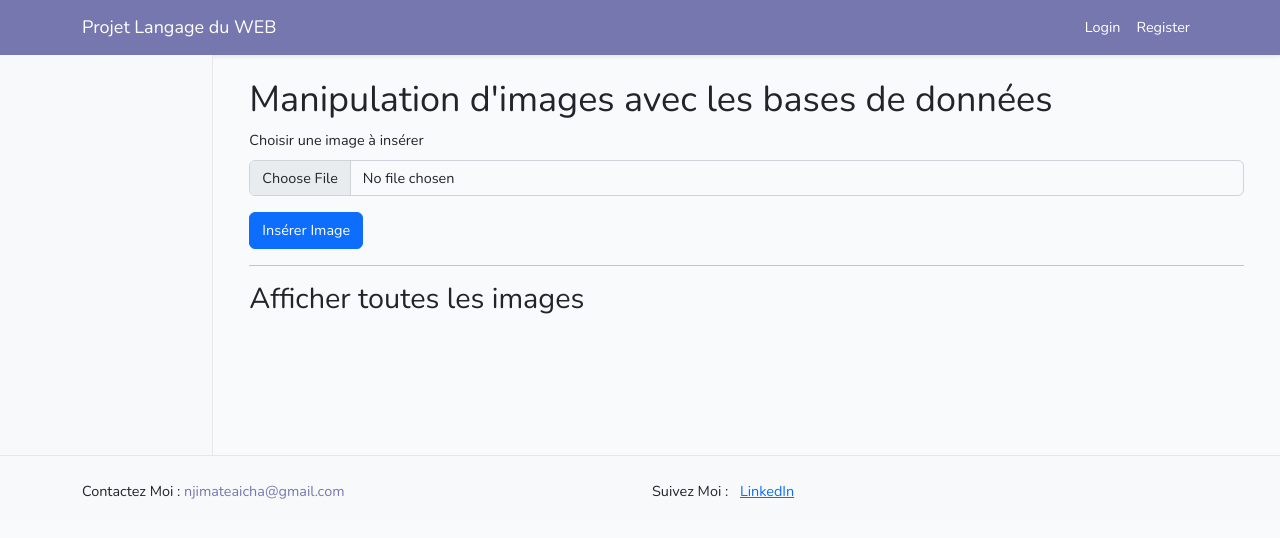
Repository: NjimateAicha/LaravelWeb
Page: http://localhost/image/create
The author's editor kept a copy of each file at every save. The page is drawn from the files as they stood at one save, then again after the next save.
The browser window is 1280 px wide. The pictures show the whole page.
Some web libraries are served in a nearby version. The page is served by the project's Laravel application, run on PHP 8.4 with Laravel 9. Style sheets and scripts are compiled from the project's sources, by tool versions that may differ from the author's. Queries for data that is not in the repository find no rows.

Above is the page before, as saved 2024-05-19 17:37:51.

After the next save:
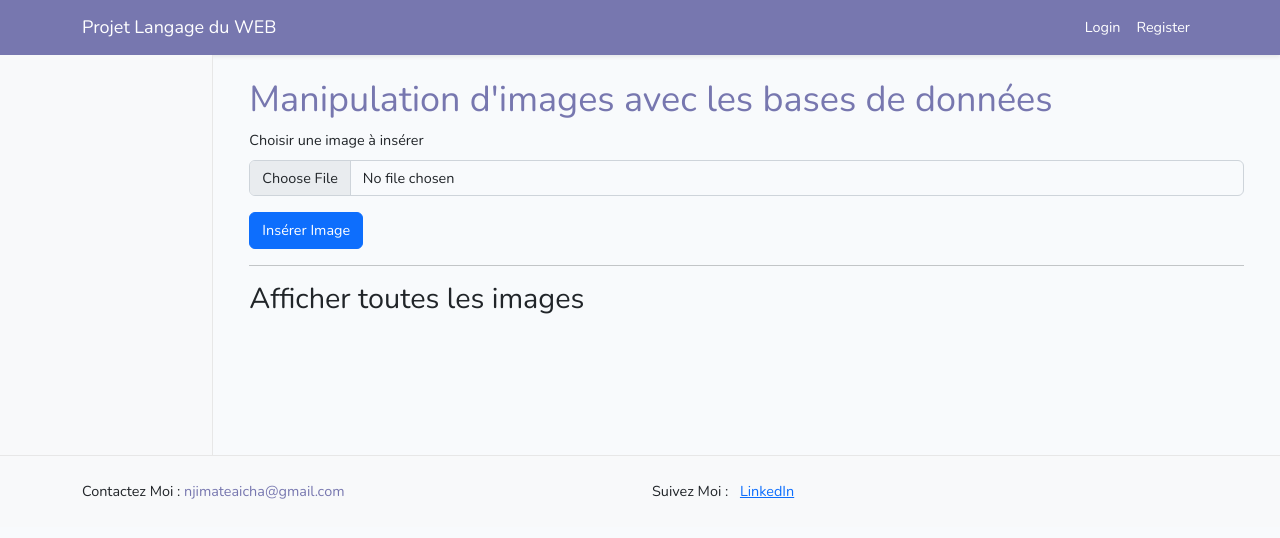
Saved 5 s later.
--- a/resources/views/image/create.blade.php
+++ b/resources/views/image/create.blade.php
@@ -53,5 +53,7 @@
 @endsection
 
 <style>
-    h
+    h1{
+        color: #7777af;
+    }
 </style>

After the save that followed:
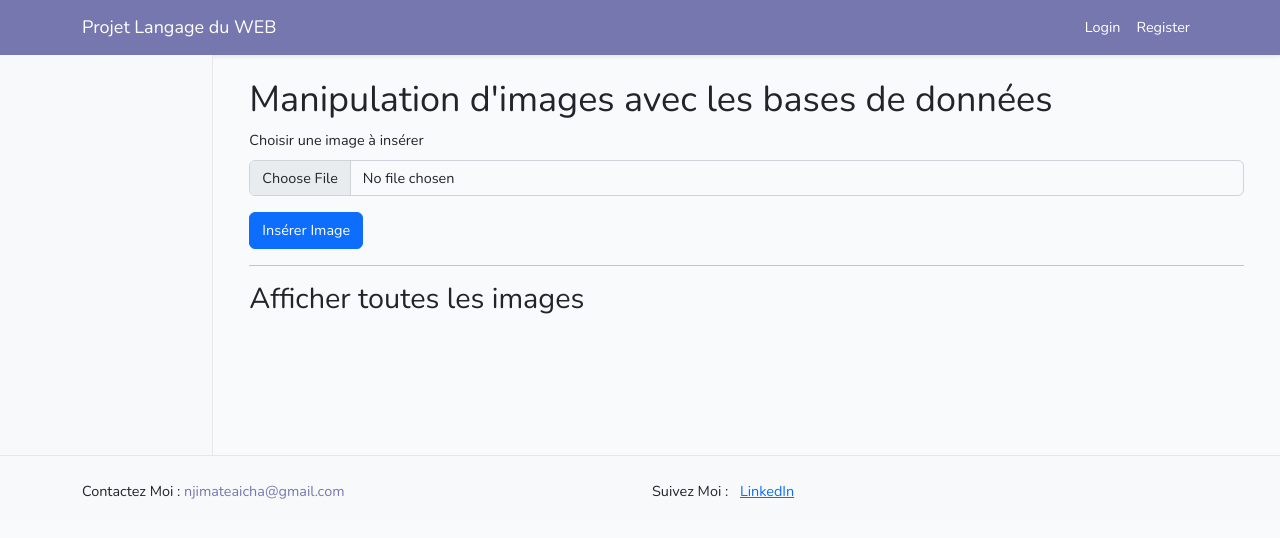
Saved 13 s later.
--- a/resources/views/image/create.blade.php
+++ b/resources/views/image/create.blade.php
@@ -51,9 +51,3 @@
 
     </div>
 @endsection
-
-<style>
-    h1{
-        color: #7777af;
-    }
-</style>
